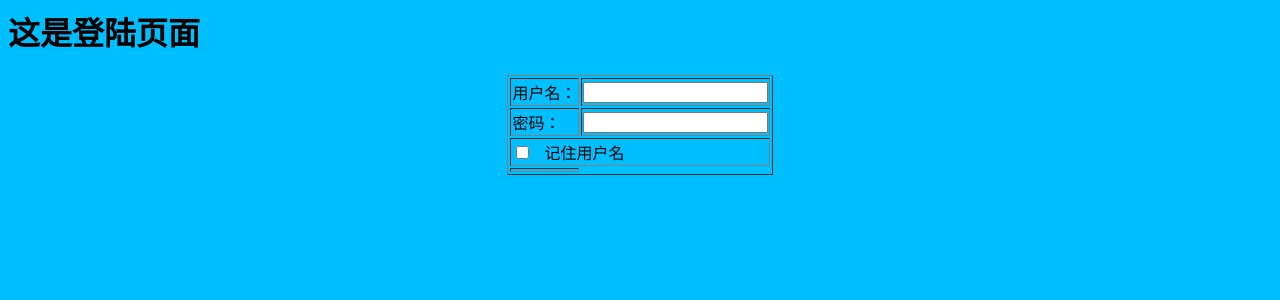
Repository: Fuhai-Chen/javaweb
Page: http://localhost/Chapter_4_example/reponse_comprehensive/login.jsp
The author's editor kept a copy of each file at every save. The page is drawn from the files as they stood at one save, then again after the next save.
The browser window is 1280 px wide. The pictures show the whole page.
The page is served by Tomcat 9.

Above is the page before, as saved 2020-09-24 01:11:42.

After the next save:
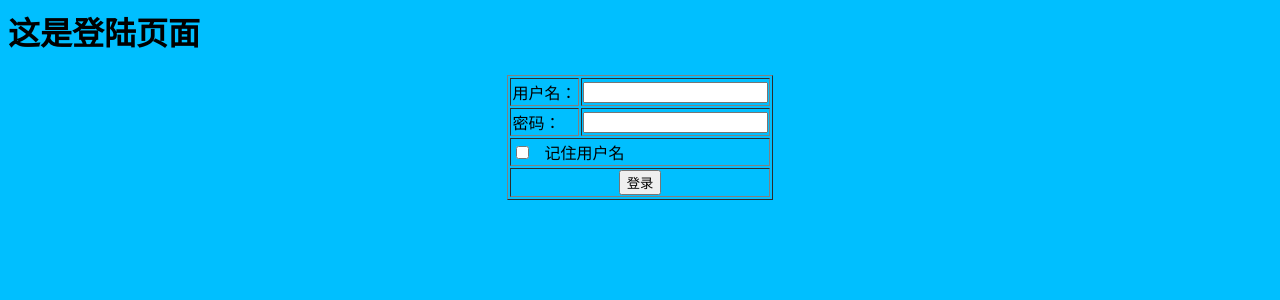
Saved 48 s later.
--- a/Chapter_4_example/WebRoot/reponse_comprehensive/login.jsp
+++ b/Chapter_4_example/WebRoot/reponse_comprehensive/login.jsp
@@ -68,9 +68,9 @@ String basePath = request.getScheme()+"://"+request.getServerName()+":"+request.
   					<input type = "checkbox" name = "flag"> &nbsp; 记住用户名
   				</td>
   			</tr>
-  			<tr>
-  				<td>
-
+  			<tr align = "center">
+  				<td colspan = "2">
+  					<input type = "submit" value = "登录"
   				</td>
 
   			</tr>
